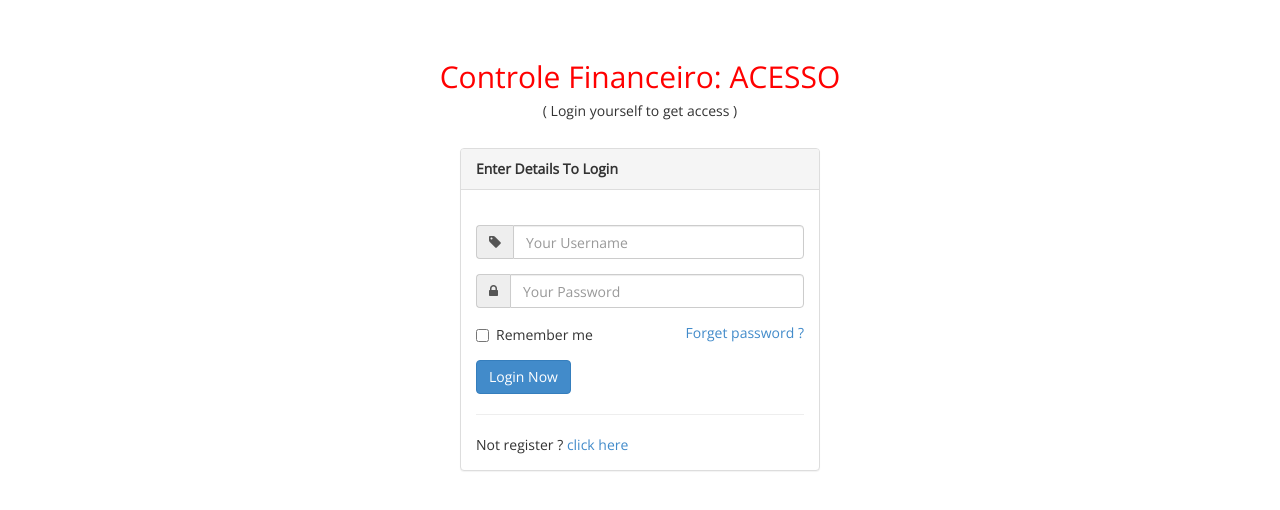
Repository: rauru008/EAD-da-WMBarros
Page: http://localhost/login.php
These files come from the project's save history. The page is drawn as it stood at one moment and after the next save; the edit follows.
The browser window is 1280 px wide. The pictures show the whole page.
The page is run by PHP 8.4 with error messages shown; the project is at /var/www/html/.

Above is the page before, as saved 2025-05-06 17:45:33.
Console error: ReferenceError: Morris is not defined

### Financeiro/login.php
<!DOCTYPE html>
<html xmlns="http://www.w3.org/1999/xhtml">

<?php
include_once '_head.php';

?>

<body>
    <div class="container">
        <div class="row text-center ">
            <div class="col-md-12">
                <br /><br />
                <h2> Controle Financeiro: ACESSO</h2>

                <h5>( Login yourself to get access )</h5>
                <br />
            </div>
        </div>
        <div class="row ">

            <div class="col-md-4 col-md-offset-4 col-sm-6 col-sm-offset-3 col-xs-10 col-xs-offset-1">
                <div class="panel panel-default">
                    <div class="panel-heading">
                        <strong> Enter Details To Login </strong>
                    </div>
                    <div class="panel-body">
                        <form role="form">
                            <br />
                            <div class="form-group input-group">
                                <span class="input-group-addon"><i class="fa fa-tag"></i></span>
                                <input type="text" class="form-control" placeholder="Your Username " />
                            </div>
                            <div class="form-group input-group">
                                <span class="input-group-addon"><i class="fa fa-lock"></i></span>
                                <input type="password" class="form-control" placeholder="Your Password" />
                            </div>
                            <div class="form-group">
                                <label class="checkbox-inline">
                                    <input type="checkbox" /> Remember me
                                </label>
                                <span class="pull-right">
                                    <a href="#">Forget password ? </a>
                                </span>
                            </div>

                            <a href="index.html" class="btn btn-primary ">Login Now</a>
                            <hr />
                            Not register ? <a href="registeration.html">click here </a>
                        </form>
                    </div>

                </div>
            </div>


        </div>
    </div>

</body>

</html>

### Financeiro/_head.php
<head>
    <meta charset="utf-8" />
    <meta name="viewport" content="width=device-width, initial-scale=1.0" />
    <title>Controle Financeiro: Namo</title>
    <!-- BOOTSTRAP STYLES-->
    <link href="assets/css/bootstrap.css" rel="stylesheet" />
    <!-- FONTAWESOME STYLES-->
    <link href="assets/css/font-awesome.css" rel="stylesheet" />
    <!-- CUSTOM STYLES-->
    <link href="assets/css/custom.css" rel="stylesheet" />
    <!-- GOOGLE FONTS-->
    <link href='http://fonts.googleapis.com/css?family=Open+Sans' rel='stylesheet' type='text/css' />

    <!-- SCRIPTS -AT THE BOTOM TO REDUCE THE LOAD TIME-->
    <!-- JQUERY SCRIPTS -->
    <script src="assets/js/jquery-1.10.2.js"></script>
    <!-- BOOTSTRAP SCRIPTS -->
    <script src="assets/js/bootstrap.min.js"></script>
    <!-- METISMENU SCRIPTS -->
    <script src="assets/js/jquery.metisMenu.js"></script>
    <!-- CUSTOM SCRIPTS -->
    <script src="assets/js/custom.js"></script>

</head>

### Financeiro/assets/css/custom.css

/*=============================================================
    Authour URI: www.binarycart.com
    License: Commons Attribution 3.0

    http://creativecommons.org/licenses/by/3.0/

    100% To use For Personal And Commercial Use.
    IN EXCHANGE JUST GIVE US CREDITS AND TELL YOUR FRIENDS ABOUT US

    ========================================================  */
/*==============================================
    GENERAL  STYLES
    =============================================*/
body {
    font-family: 'Open Sans', sans-serif;
}

 #wrapper {
    width: 100%;
    background:#202020;
}

#page-wrapper {
    padding: 15px 15px;
    min-height: 600px;
    background:#F3F3F3;

}
#page-inner {
    width:100%;
    margin:10px 20px 10px 0px;
    background-color:#fff!important;
    padding:10px;
    min-height:1200px;
}

.text-center {
    text-align:center;
}
.no-boder {
    border:1px solid #f3f3f3;
}
h2 {
    color: #f00;
}
h4 {
    padding-top:10px;
}
.square-btn-adjust {
    border: 0px solid transparent;
   -webkit-border-radius: 0px;
-moz-border-radius: 0px;
border-radius: 0px;

}
p {
    font-size:16px;
    line-height:25px;
    padding-top:20px;
}
/*==============================================
   DASHBOARD STYLES
    =============================================*/
.panel-back {
    background-color:#F8F8F8;

}
   .noti-box {
min-height: 100px;
padding: 20px;
}

    .noti-box .icon-box {
display: block;
float: left;
margin: 0 15px 10px 0;
width: 70px;
height: 70px;
line-height: 75px;
vertical-align: middle;
text-align: center;
font-size: 40px;
}
.text-box p{
    margin: 0 0 3px;
}
.main-text {
    font-size: 25px;
    font-weight:600;
}
.set-icon {
    -webkit-border-radius: 50px;
-moz-border-radius: 50px;
border-radius: 50px;

}
    .bg-color-green {
background-color: #00CE6F;
color: #fff;
}
 .bg-color-blue {
background-color: #A95DF0;
color: #fff;
}
  .bg-color-red {
background-color: #DB0630;
color: #fff;
}
  .bg-color-brown {
background-color: #B94A00;
color: #fff;
}


 .icon-box-right {
display: block;
float: right;
margin: 0 15px 10px 0;
width: 70px;
height: 70px;
line-height: 75px;
vertical-align: middle;
text-align: center;
font-size: 40px;
}

 .main-temp-back {
background: #8702A8;
color: #FFFFFF;
font-size: 16px;
font-weight: 300;
text-align: center;
}
 .main-temp-back .text-temp {
font-size: 40px;
}
.back-dash {
    padding:20px;
    font-size:20px;
    font-weight:500;
      -webkit-border-radius: 0px;
-moz-border-radius: 0px;
border-radius: 0px;
background-color:#2EA7EB;
color:#fff;
}
    .back-dash p {
        padding-top:16px;
        font-size:13px;
        color:#fff;
        line-height:25px;
        text-align:justify;
    }
    .back-footer-green {
    background-color: #009B50;
    border-top: 0px solid #fff;
}
     .back-footer-red {
    background-color: #AF0000;
    border-top: 0px solid #fff;
}
     .color-bottom-txt {
   color: #000;
font-size: 16px;
line-height: 30px;
}
     /*CHAT PANEL*/
 .chat-panel .panel-body {
height: 450px;
overflow-y: scroll;
}
 .chat-box {
margin: 0;
padding: 0;
list-style: none;
}
 .chat-box li {
margin-bottom: 15px;
padding-bottom: 5px;
border-bottom: 1px dotted #808080;
}
 .chat-box li.left .chat-body {
margin-left: 90px;
}
 .chat-box li .chat-body p {
margin: 0;
color: #8d8888;
}
.chat-img>img {
    margin-left:20px;
}

/*==============================================
    MENU STYLES
    =============================================*/


.user-image {
    margin: 25px auto;
-webkit-border-radius: 10px;
-moz-border-radius: 10px;
border-radius: 10px;
max-height:170px;
max-width:170px;
}

.navbar-cls-top .navbar-brand {
	color: #fff;
background: #C90000;
width: 260px;
text-align: center;
height: 60px;
font-size: 30px;
font-weight: 700;
}
.active-menu {
    background-color:#C90000!important;
}

.arrow {
    float: right;
}

.fa.arrow:before {
    content: "\f104";
}

.active > a > .fa.arrow:before {
    content: "\f107";
}


.nav-second-level li,
.nav-third-level li {
    border-bottom: none !important;
}

.nav-second-level li a {
    padding-left: 37px;
}

.nav-third-level li a {
    padding-left: 55px;
}
.sidebar-collapse , .sidebar-collapse .nav{
	background:none;
}
.sidebar-collapse .nav {
	padding:0;
}
.sidebar-collapse .nav > li > a {
	color:#fff;
	background:#202020;
	text-shadow:none;

}
.sidebar-collapse > .nav > li > a {
	padding:15px 10px;
}
.sidebar-collapse > .nav > li {
	border-bottom: 1px solid rgba(107, 108, 109, 0.19);
}
.sidebar-collapse .nav > li > a:hover,
.sidebar-collapse .nav > li > a:focus {

	background:#0A0A0A;
	outline:0;
}

.nav-second-level > li > a:before ,
.nav-third-level > li > a:before {
	content:"";
	display:block;
	position:absolute;
	left:20px;
	width:15px;
	height:1px;
	background:#ff0000;
	top:20px;
}
.nav-second-level > li > a:after,
.nav-third-level > li > a:after {
	content:"";
	display:block;
	position:absolute;
	left:20px;
	width:1px;
	height:100%;
	background:#ff0000;
	top:0px;
	z-index:10;
}
.nav-second-level  > li:last-child > a:after,
.nav-third-level  > li:last-child > a:after {
	height:50%;
}
.nav-third-level > li > a:after,
.nav-third-level > li > a:before  {
	left:40px;
}
.navbar-side {
	border:none;
	background-color: #202020;

}
.navbar-cls-top {
	background:#4D4D4D;
	border-bottom:none;

}
.navbar-cls-top .navbar-brand:hover {

background: #C90000;
color:#fff;

}

.navbar-default {
border:0px solid black;

}
.navbar-header {
    background: #A70303;
}
.navbar-default .navbar-toggle:hover, .navbar-default .navbar-toggle:focus {
background-color: #B40101;
}
.navbar-default .navbar-toggle {
border-color: #fff;
}

.navbar-default .navbar-toggle .icon-bar {
background-color: #FFF;
}
.nav > li > a > i {
    margin-right:10px;
}
/*==============================================
    UI ELEMENTS STYLES
    =============================================*/
.btn-circle {
width: 50px;
height: 50px;
padding: 6px 0;
 -webkit-border-radius: 25px;
-moz-border-radius: 25px;
border-radius: 25px;
text-align: center;
font-size: 12px;
line-height: 1.428571429;
}

/*==============================================
    MEDIA QUERIES
    =============================================*/

 @media(min-width:768px) {
     #page-wrapper{
               margin: 0 0 0 260px;
        padding: 15px 30px;
        min-height: 1200px;

    }


    .navbar-side {
        z-index: 1;
        position: absolute;
        width: 260px;
    }

   .navbar {
 border-radius: 0px;
}

}

### Financeiro/assets/js/custom.js



/*=============================================================
    Authour URI: www.binarycart.com
    License: Commons Attribution 3.0

    http://creativecommons.org/licenses/by/3.0/

    100% To use For Personal And Commercial Use.
    IN EXCHANGE JUST GIVE US CREDITS AND TELL YOUR FRIENDS ABOUT US

    ========================================================  */


(function ($) {
    "use strict";
    var mainApp = {

        main_fun: function () {
            /*====================================
            METIS MENU
            ======================================*/
            $('#main-menu').metisMenu();

            /*====================================
              LOAD APPROPRIATE MENU BAR
           ======================================*/
            $(window).bind("load resize", function () {
                if ($(this).width() < 768) {
                    $('div.sidebar-collapse').addClass('collapse')
                } else {
                    $('div.sidebar-collapse').removeClass('collapse')
                }
            });

            /*====================================
            MORRIS BAR CHART
         ======================================*/
            Morris.Bar({
                element: 'morris-bar-chart',
                data: [{
                    y: '2006',
                    a: 100,
                    b: 90
                }, {
                    y: '2007',
                    a: 75,
                    b: 65
                }, {
                    y: '2008',
                    a: 50,
                    b: 40
                }, {
                    y: '2009',
                    a: 75,
                    b: 65
                }, {
                    y: '2010',
                    a: 50,
                    b: 40
                }, {
                    y: '2011',
                    a: 75,
                    b: 65
                }, {
                    y: '2012',
                    a: 100,
                    b: 90
                }],
                xkey: 'y',
                ykeys: ['a', 'b'],
                labels: ['Series A', 'Series B'],
                hideHover: 'auto',
                resize: true
            });

            /*====================================
          MORRIS DONUT CHART
       ======================================*/
            Morris.Donut({
                element: 'morris-donut-chart',
                data: [{
                    label: "Download Sales",
                    value: 12
                }, {
                    label: "In-Store Sales",
                    value: 30
                }, {
                    label: "Mail-Order Sales",
                    value: 20
                }],
                resize: true
            });

            /*====================================
         MORRIS AREA CHART
      ======================================*/

            Morris.Area({
                element: 'morris-area-chart',
                data: [{
                    period: '2010 Q1',
                    iphone: 2666,
                    ipad: null,
                    itouch: 2647
                }, {
                    period: '2010 Q2',
                    iphone: 2778,
                    ipad: 2294,
                    itouch: 2441
                }, {
                    period: '2010 Q3',
                    iphone: 4912,
                    ipad: 1969,
                    itouch: 2501
                }, {
                    period: '2010 Q4',
                    iphone: 3767,
                    ipad: 3597,
                    itouch: 5689
                }, {
                    period: '2011 Q1',
                    iphone: 6810,
                    ipad: 1914,
                    itouch: 2293
                }, {
                    period: '2011 Q2',
                    iphone: 5670,
                    ipad: 4293,
                    itouch: 1881
                }, {
                    period: '2011 Q3',
                    iphone: 4820,
                    ipad: 3795,
                    itouch: 1588
                }, {
                    period: '2011 Q4',
                    iphone: 15073,
                    ipad: 5967,
                    itouch: 5175
                }, {
                    period: '2012 Q1',
                    iphone: 10687,
                    ipad: 4460,
                    itouch: 2028
                }, {
                    period: '2012 Q2',
                    iphone: 8432,
                    ipad: 5713,
                    itouch: 1791
                }],
                xkey: 'period',
                ykeys: ['iphone', 'ipad', 'itouch'],
                labels: ['iPhone', 'iPad', 'iPod Touch'],
                pointSize: 2,
                hideHover: 'auto',
                resize: true
            });

            /*====================================
    MORRIS LINE CHART
 ======================================*/
            Morris.Line({
                element: 'morris-line-chart',
                data: [{
                    y: '2006',
                    a: 100,
                    b: 90
                }, {
                    y: '2007',
                    a: 75,
                    b: 65
                }, {
                    y: '2008',
                    a: 50,
                    b: 40
                }, {
                    y: '2009',
                    a: 75,
                    b: 65
                }, {
                    y: '2010',
                    a: 50,
                    b: 40
                }, {
                    y: '2011',
                    a: 75,
                    b: 65
                }, {
                    y: '2012',
                    a: 100,
                    b: 90
                }],
                xkey: 'y',
                ykeys: ['a', 'b'],
                labels: ['Series A', 'Series B'],
                hideHover: 'auto',
                resize: true
            });


        },

        initialization: function () {
            mainApp.main_fun();

        }

    }
    // Initializing ///

    $(document).ready(function () {
        mainApp.main_fun();
    });

}(jQuery));

Loaded but not shown: Financeiro/assets/css/bootstrap.css (library); Financeiro/assets/css/font-awesome.css (library); Financeiro/assets/js/jquery-1.10.2.js (library); Financeiro/assets/js/bootstrap.min.js (library); Financeiro/assets/js/jquery.metisMenu.js (common file)

After the next save:
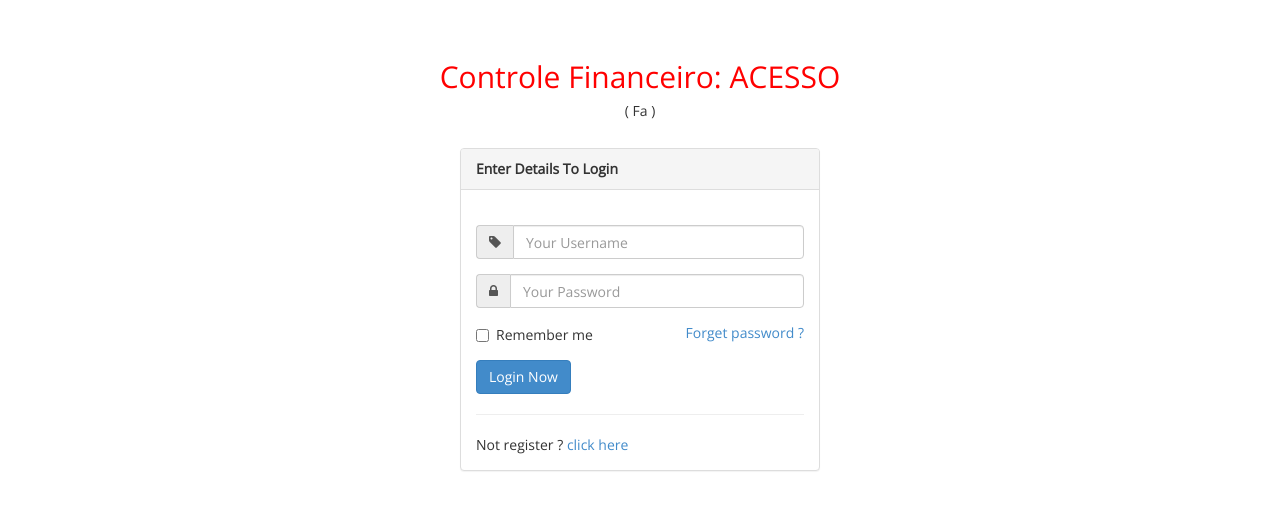
Saved 15 s later.
--- a/Financeiro/login.php
+++ b/Financeiro/login.php
@@ -13,7 +13,7 @@ include_once '_head.php';
                 <br /><br />
                 <h2> Controle Financeiro: ACESSO</h2>
 
-                <h5>( Login yourself to get access )</h5>
+                <h5>( Fa )</h5>
                 <br />
             </div>
         </div>
